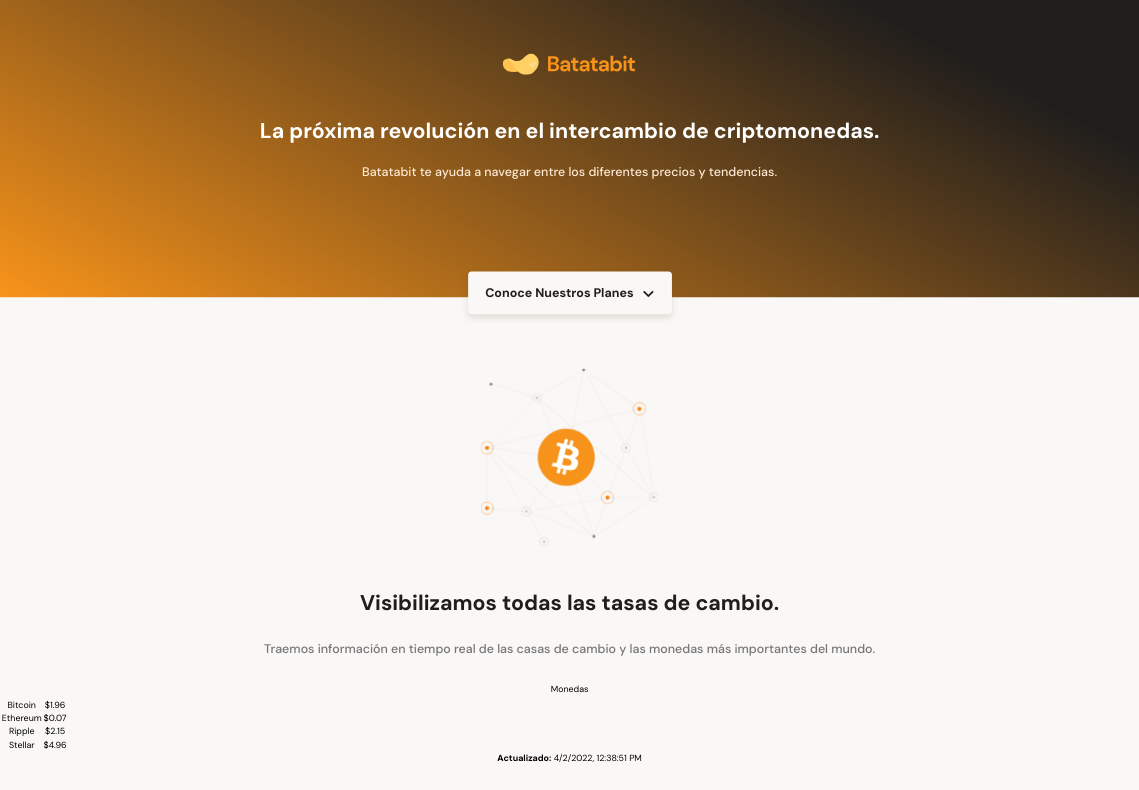
Repository: Pandrea-hub/Batatabit
Page: index.html
The author's editor kept a copy of each file at every save. The page is drawn from the files as they stood at one save, then again after the next save.
The browser window is 1280 px wide. The pictures show the whole page, at 89% of full size.

Above is the page before, as saved 2022-04-08 15:14:33.

After the next save:
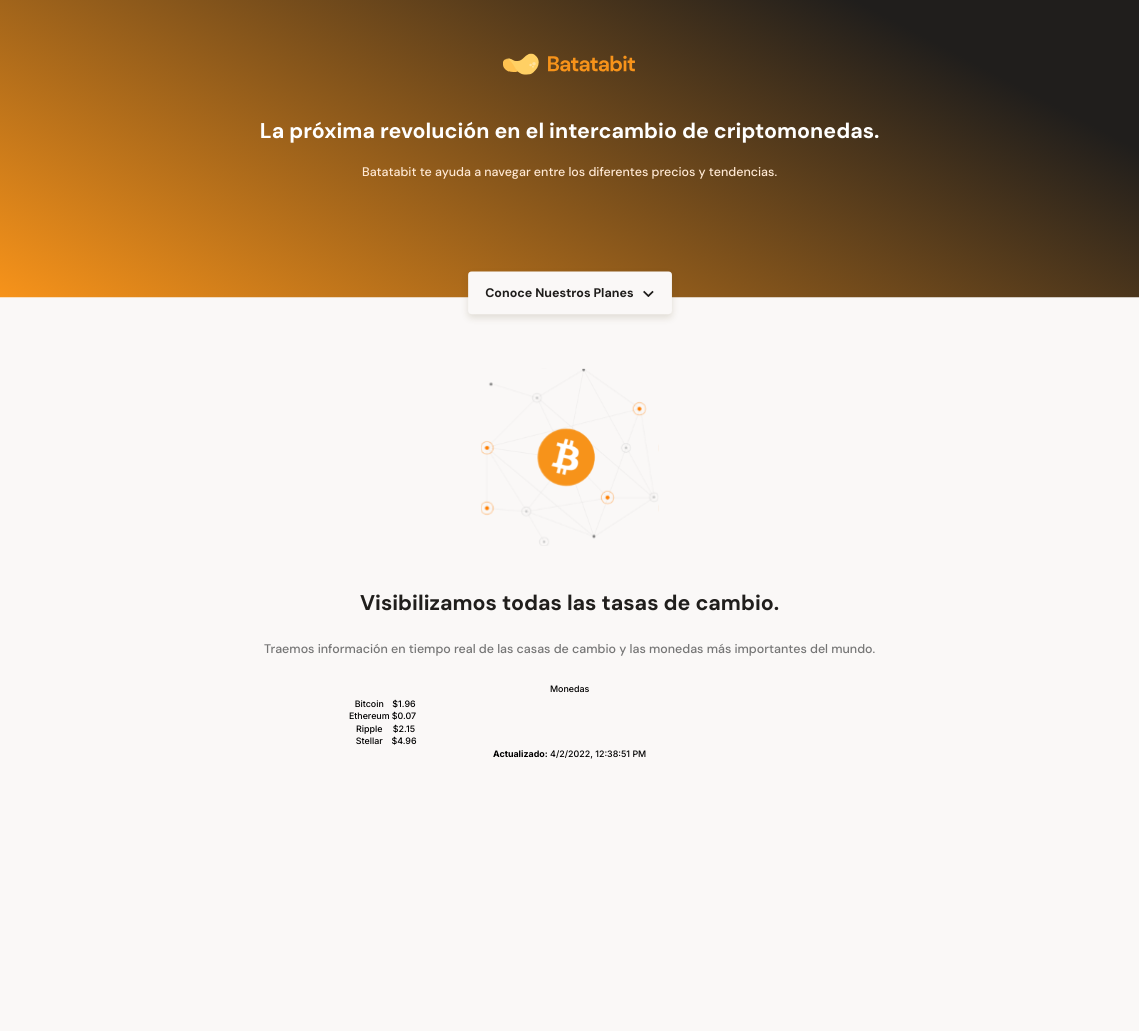
Saved 29 h 52 min later.
--- a/style.css
+++ b/style.css
@@ -156,3 +156,12 @@
     font-weight: 500;
     color:#757575;
 }
+
+.main-currency-table{
+    width: 70%;
+    min-width: 235px;
+    max-width: 500px;
+    height: 360px;
+    margin: 0 auto;
+    font-family: "Inter", sans-serif;
+}
